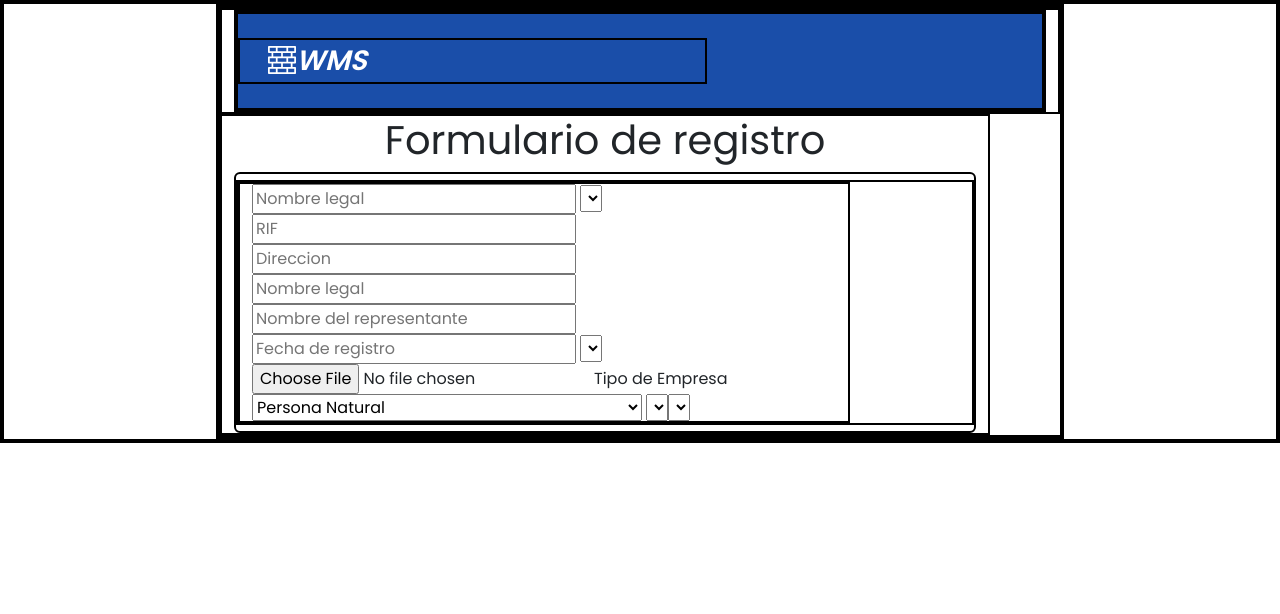
Repository: Rafa-x64/Gestion_inventario_practica
Page: http://localhost/Gestion_inventario/index.php?page=registro-empresa
These files come from the project's save history. The page is drawn as it stood at one moment and after the next save; the edit follows.
The browser window is 1280 px wide. The pictures show the whole page.
The page is run by PHP 8.4 with error messages shown; the project is at /var/www/html/.

Above is the page before, as saved 2025-07-22 17:51:18.

After the next save:
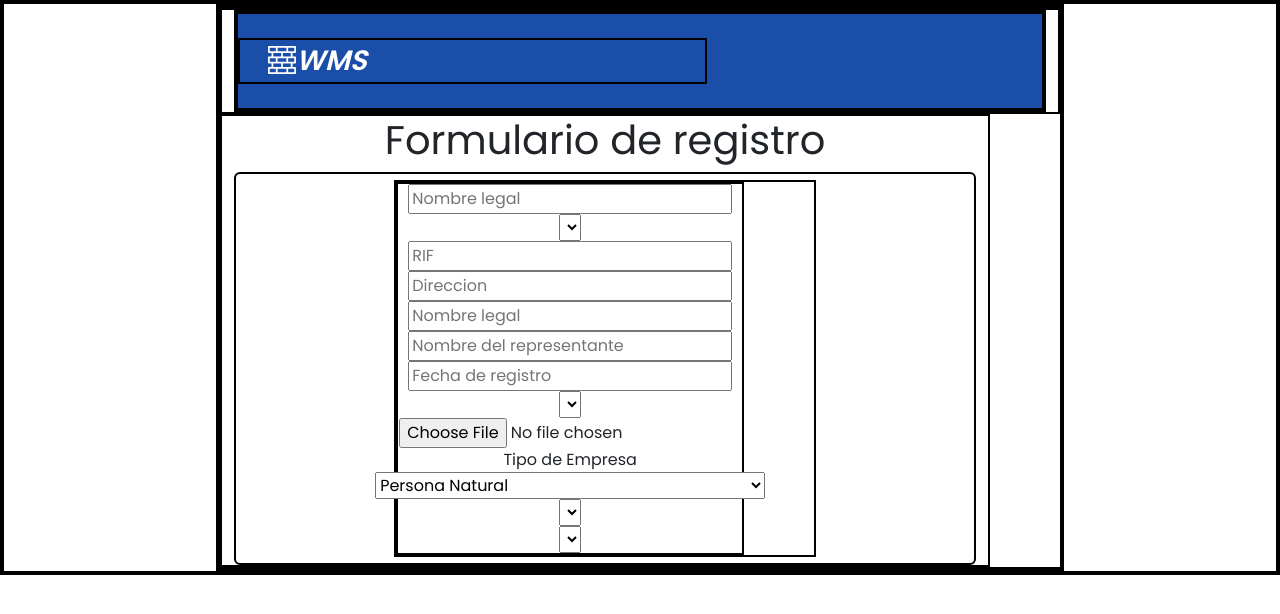
Saved 25 s later.
--- a/view/php/registro-empresa-view.php
+++ b/view/php/registro-empresa-view.php
@@ -28,7 +28,7 @@
                     <h1>Formulario de registro</h1>
                     <form action="" method="post" class="form-control d-flex flex-column align-items-center justify-content-center">
                         <div class="row">
-                            <div class="col-10">
+                            <div class="col-10 d-flex flex-column align-items-center justify-content-center">
                                 <input type="text" name="" id="nombre_legal" placeholder="Nombre legal">
                                 <select name="" id="">
                                     <option value=""></option>
